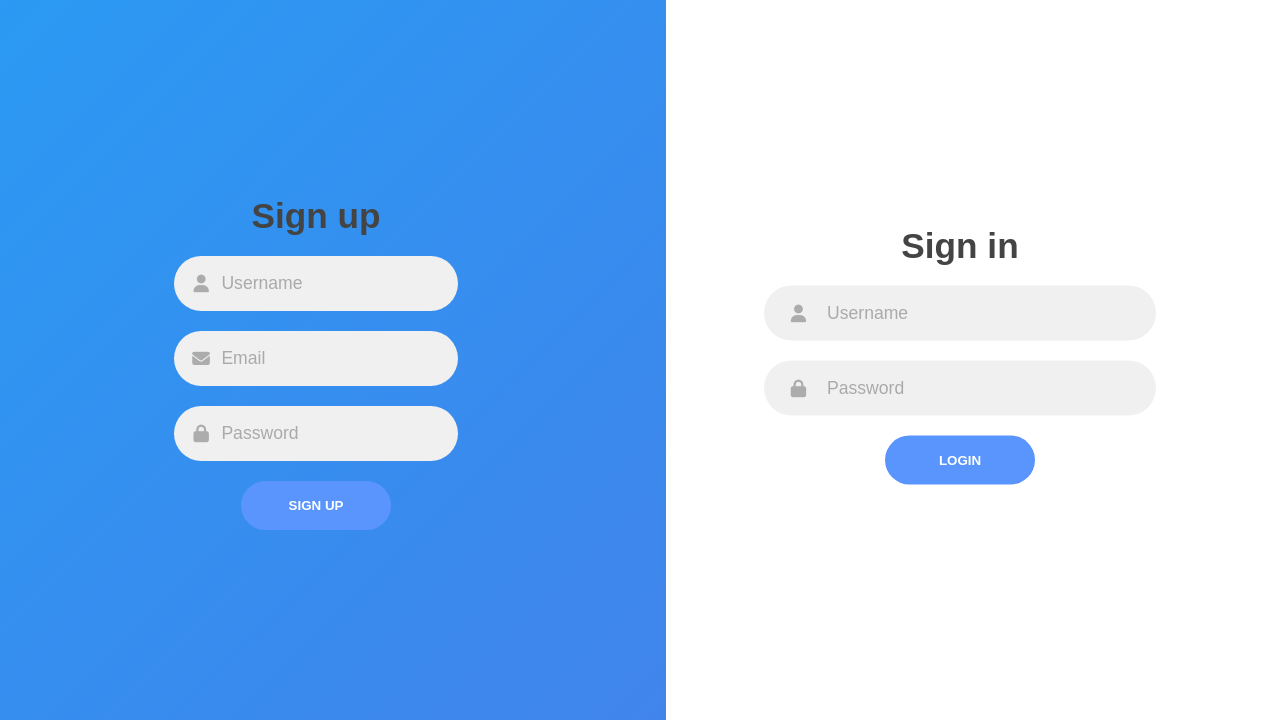
Repository: sarfaraz1611/NitteMovie.github.io
Page: login.html
The author's editor kept a copy of each file at every save. The page is drawn from the files as they stood at one save, then again after the next save.
The browser window is 1280 px wide. The pictures show the whole page.
Some web libraries are served in a nearby version.

Above is the page before, as saved 2022-07-15 23:46:50.

### login.html
<!DOCTYPE html>
<html lang="en">

<head>
    <meta charset="UTF-8" />
    <meta name="viewport" content="width=device-width, initial-scale=1.0" />
    <script src="https://kit.fontawesome.com/64d58efce2.js" crossorigin="anonymous"></script>
    <link rel="stylesheet" href="./assets/css/main.css" />
    <title>nittemovies</title>
</head>

<body>
    <div class="container">

            <div class="signin-signup">
                <form action="" class="sign-in-form">
                    <h2 class="title">Sign in</h2>
                    <div class="input-field">
                        <i class="fas fa-user"></i>
                        <input type="text" placeholder="Username" />
                    </div>
                    <div class="input-field">
                        <i class="fas fa-lock"></i>
                        <input type="password" placeholder="Password" />
                    </div>
                    <input type="submit" value="Login" class="btn solid" />

                </form>

            </div>


        <div class="panels-container">
            <div class="panel left-panel">
                                   <form action="#" class="">
                        <h2 class="title">Sign up</h2>
                        <div class="input-field">
                            <i class="fas fa-user"></i>
                            <input type="text" placeholder="Username" />
                        </div>
                        <div class="input-field">
                            <i class="fas fa-envelope"></i>
                            <input type="email" placeholder="Email" />
                        </div>
                        <div class="input-field">
                            <i class="fas fa-lock"></i>
                            <input type="password" placeholder="Password" />
                        </div>
                        <input type="submit" class="btn" value="Sign up" />

                    </form>
                </div>
            </div>



    </div>


</body>

</html>

### assets/css/main.css
:root {
  --live-indicator-shadow: hsla(0, 79%, 63%, 0.5);
  --rich-black-fogra-30:   hsl(219, 32%, 10%);
  --rich-black-fogra-29:   hsl(222, 25%, 10%);
  --oxford-blue-50:        hsla(218, 39%, 14%, 0.8);
  --oxford-blue:           hsl(218, 39%, 14%);
  --light-azure:           hsl(214, 84%, 56%);
  --off-white:             hsl(0, 0%, 88%);
  --white:                 hsl(0, 0%, 100%);
  --azure:                 hsl(211, 100%, 50%);



  --ff-inter: "Inter", sans-serif;

  --section-heading: 40px;



  --px: 50px;

}
@media only screen and (max-width: 1026px) {
  .banner {
      display: none;
  }
}



* {
  margin: 0;
  padding: 0;
  transition: all 0.5s ease;
}

h1, h2, h3, h4, h5, h6 { color: var(--white); }

html { font-family: var(--ff-inter); }

body {
  background: var(--rich-black-fogra-29);
  color: var(--off-white);
}
img {
  display: block;
  width: 100%;
  height: 100%;
  object-fit: cover;
}
a {
  text-decoration: none;
  display: block;
  color: var(--off-white);
}

header, nav { background: var(--rich-black-fogra-29); }

.navbar,
.banner,
.movies,
.category {
  padding: 0 var(--px);
}




.container {
  max-width: 1440px;
  margin: auto;
}






.navbar {
  height: 100px;
  display:         flex;
  justify-content: space-between;
  align-items:     center;
}

.navbar-brand{width:251px;}




nav { margin-right: 250px; }

.navbar-nav { display: flex; }

.navbar-nav li{ margin-right: 60px; }

.navbar-link {
  font-size: var(--fs-sm);
  font-weight: var(--fw-5);
}

.navbar-link:hover { color: var(--light-azure); }




/* .navbar-signin {
  display:     flex;
  align-items: center;
  font-size: var(--fs-sm);
}



.navbar-signin:hover span { color: var(--light-azure); } */


.banner { margin-bottom: 60px; }

.banner-card {
  position: relative;
  height: 400px;
  overflow: hidden;
  border-radius: 20px;
  cursor: pointer;
}


.banner-img { object-position: top; }

.banner-card:hover .banner-img { transform: scale(1.1); }

.banner-card .card-content {
  position: absolute;
  right:  80px;
  bottom: 60px;
  left:   80px;
}

.banner-card .card-info {
  display:     flex;
  align-items: center;
  margin-bottom: 20px;
}

.banner-card .card-info div {
  display:     flex;
  align-items: center;
  margin-right: 20px;
}






.banner-card .card-title {
  font-size: 3em;
  color: var(--white);
  text-shadow: 2px 0 2px #0007;
}





.movies { margin-bottom: 60px; }








.movies-grid {
  display: grid;
  grid-template-columns: repeat(auto-fill, minmax(140px, 1fr));
  gap: 30px;
  margin-bottom: 60px;
}






.movie-card .card-head {
  position: relative;
  height: 250px;
  border-radius: 15px;
  margin-bottom: 15px;
  overflow: hidden;
}




.movie-card:hover .card-img { transform: scale(1.1); }





.movie-card .card-title {
  font-size: var(--fs-md);
  font-weight: var(--fw-5);
  margin-bottom: 5px;
}



.movie-card:hover .card-title { color: var(--light-azure); }




.movie-card .genre { margin-right: 8px; }
.play-card{
  padding-left:50px;
  padding-right:50px;
}








.category { margin-bottom: 60px; }

.category-grid {
  margin-top:25px;
  display: grid;
  grid-template-columns: repeat(4, 1fr);
  gap: 30px;
}

.category-card {
  position: relative;
  height: 150px;
  border-radius: 20px;
  overflow: hidden;
  cursor: pointer;
}



.category-card:hover .card-img { transform: scale(1.1); }

.category-card .name,
.category-card .total {
  position: absolute;
  bottom: 20px;
  color: var(--white);
  z-index: 20;
}

.category-card .name {
  left: 20px;
  font-size: 20px;
}



.category-card:hover .name { color: var(--light-azure); }



// login styles



@import url("https://fonts.googleapis.com/css2?family=Poppins:wght@200;300;400;500;600;700;800&display=swap");

* {
  margin: 0;
  padding: 0;
  box-sizing: border-box;
}

body,
input {
  font-family: "Poppins", sans-serif;
}

.container {
  position: relative;
  width: 100%;
  background-color: #fff;
  min-height: 100vh;
  overflow: hidden;
}



.signin-signup {
  position: absolute;
  top: 50%;
  transform: translate(-50%, -50%);
  left: 75%;
  width: 50%;
  transition: 1s 0.7s ease-in-out;
  display: grid;
  grid-template-columns: 1fr;
  z-index: 5;
}

form {
  display: flex;
  align-items: center;
  justify-content: center;
  flex-direction: column;
  padding: 0rem 5rem;
  transition: all 0.2s 0.7s;
  overflow: hidden;
  grid-column: 1 / 2;
  grid-row: 1 / 2;
}



.title {
  font-size: 2.2rem;
  color: #444;
  margin-bottom: 10px;
}

.input-field {
  max-width: 380px;
  width: 100%;
  background-color: #f0f0f0;
  margin: 10px 0;
  height: 55px;
  border-radius: 55px;
  display: grid;
  grid-template-columns: 15% 85%;
  padding: 0 0.4rem;
  position: relative;
}

.input-field i {
  text-align: center;
  line-height: 55px;
  color: #acacac;
  transition: 0.5s;
  font-size: 1.1rem;
}

.input-field input {
  background: none;
  outline: none;
  border: none;
  line-height: 1;
  font-weight: 600;
  font-size: 1.1rem;
  color: #333;
}

.input-field input::placeholder {
  color: #aaa;
  font-weight: 500;
}







.btn {
  width: 150px;
  background-color: #5995fd;
  border: none;
  height: 49px;
  border-radius: 49px;
  color: #fff;
  text-transform: uppercase;
  font-weight: 600;
  margin: 10px 0;
  cursor: pointer;
  transition: 0.5s;
}

.btn:hover {
  background-color: #4d84e2;
}

.panels-container {
  position: absolute;
  height: 100%;
  width: 100%;
  top: 0;
  left: 0;
  display: grid;
  grid-template-columns: repeat(2, 1fr);
}

.container:before {
  content: "";
  position: absolute;
  height: 2000px;
  width: 2000px;
  top: -10%;
  right: 48%;
  transform: translateY(-50%);
  background-image: linear-gradient(-45deg, #4481eb 0%, #04befe 100%);
  transition: 1.8s ease-in-out;
  /* border-radius: 50%; */
  z-index: 2;
}


.panel {
  display: flex;
  flex-direction: column;
  align-items: flex-end;
  justify-content: space-around;
  text-align: center;
  z-index: 3;
  padding: 3rem 17% 2rem 12%;
}

After the next save:
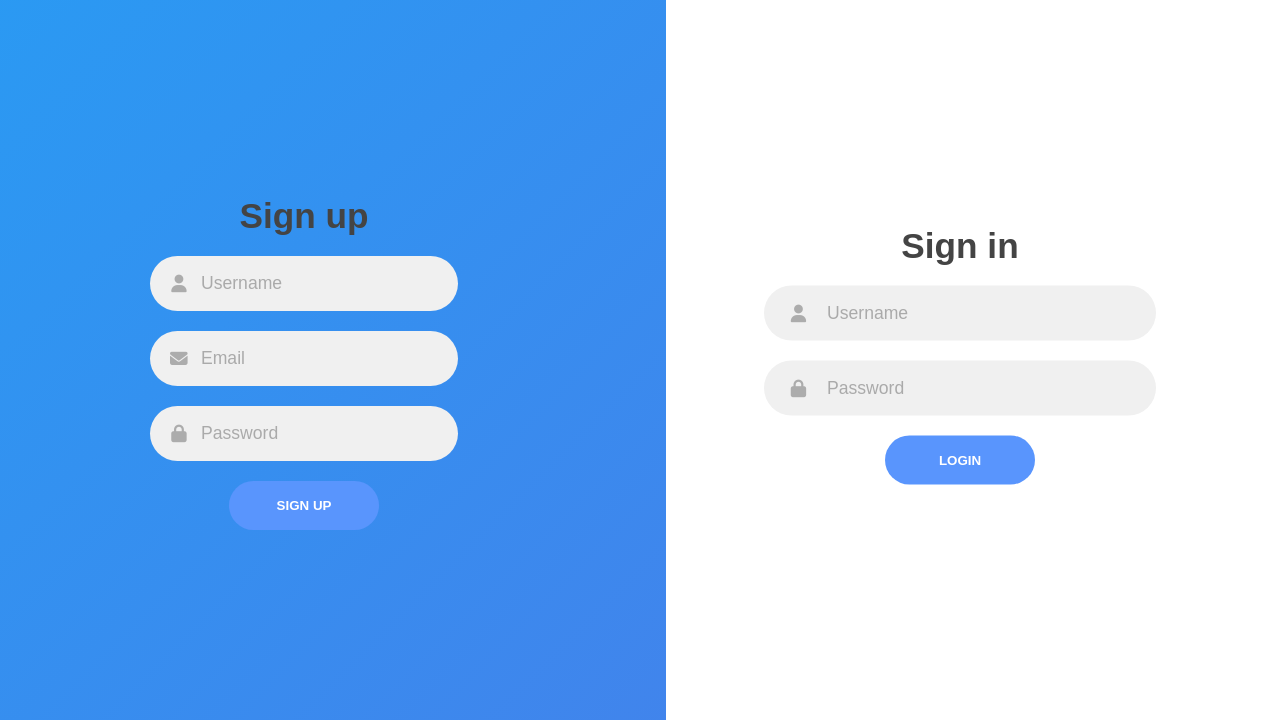
Saved 9 s later.
--- a/assets/css/main.css
+++ b/assets/css/main.css
@@ -415,7 +415,7 @@ form {
 .panel {
   display: flex;
   flex-direction: column;
-  align-items: flex-end;
+  /* align-items: flex-end; */
   justify-content: space-around;
   text-align: center;
   z-index: 3;
